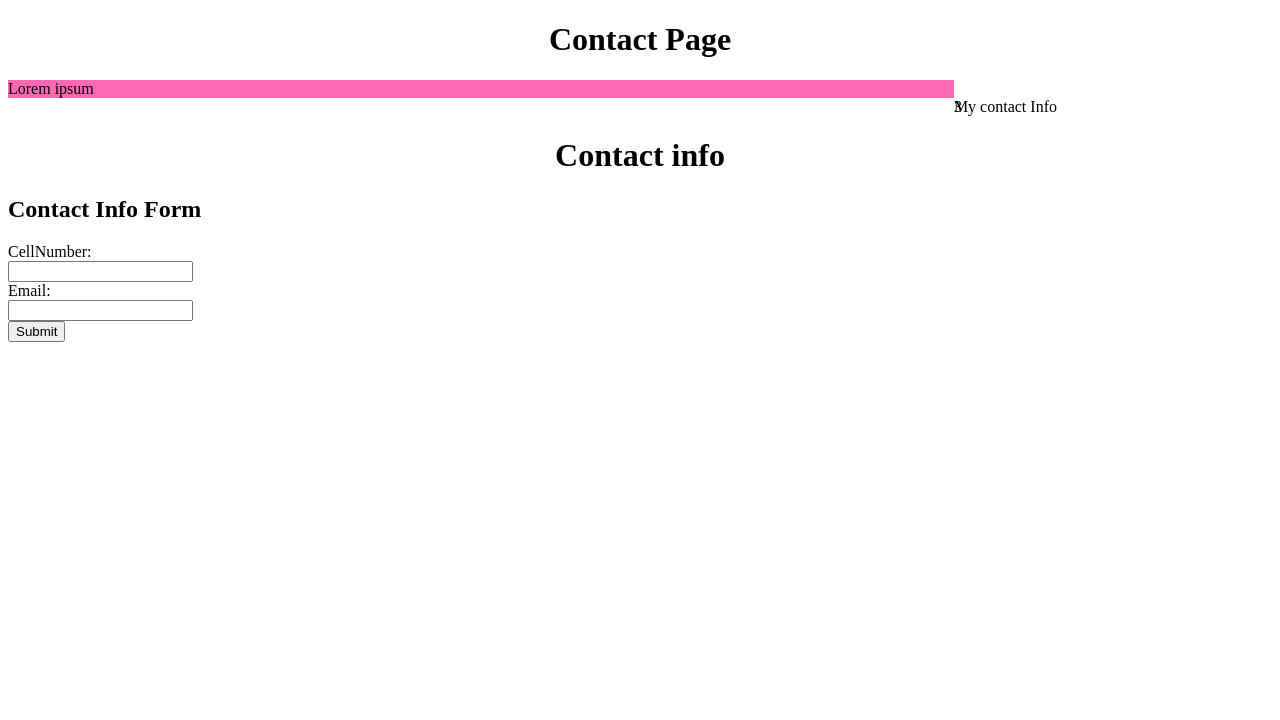
Repository: Melinda-Nanjad-Personal-Website/Personal-web
Page: contact.html
The author's editor kept a copy of each file at every save. The page is drawn from the files as they stood at one save, then again after the next save.
The browser window is 1280 px wide. The pictures show the whole page.

Above is the page before, as saved 2023-07-28 20:09:39.

After the next save:
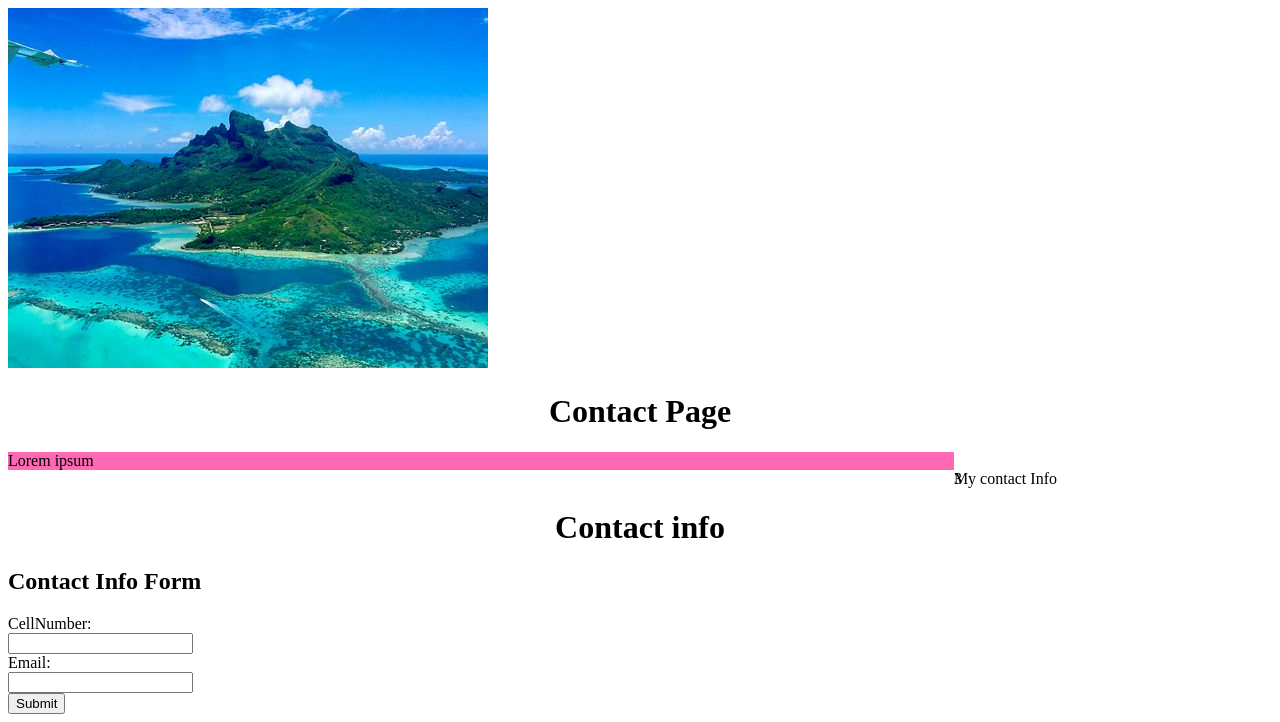
Saved 91 s later.
--- a/contact.html
+++ b/contact.html
@@ -8,7 +8,13 @@
     <title>Contact Page</title>
 </head>
 <main class="Contact info"
-<article class="My contact Info grid-col-span-2 flow bg-primary-400 quote text-neutral-100"></article>
+<article class="My contact Info grid-col-span-2 flow bg-primary-400 quote text-neutral-100">
+<div class="flex">
+</div>
+<img src="island.jpeg" alt="island"
+
+
+</article>
 
 <body>
 
